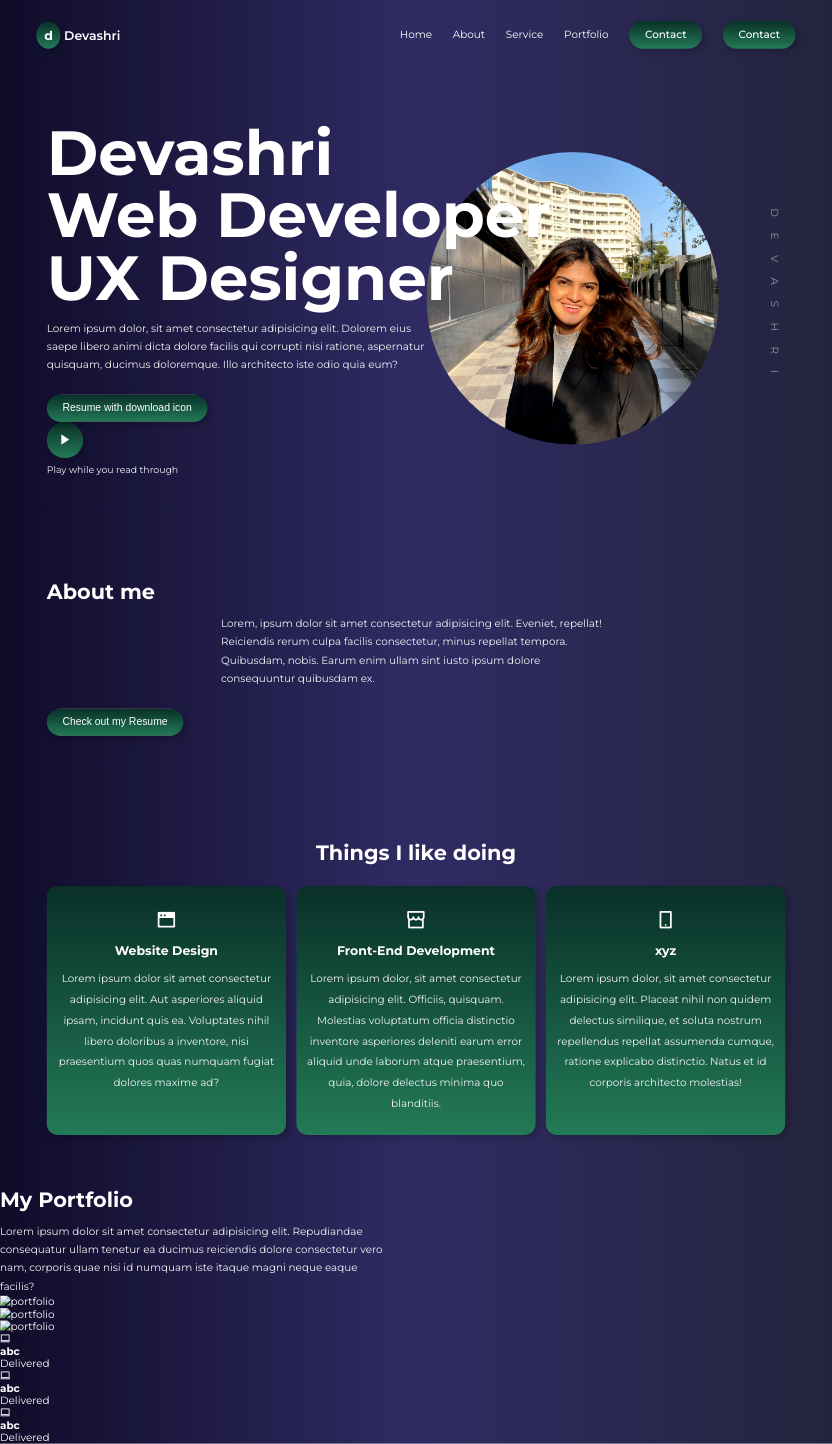
Repository: devashrisamani/devashrisamani.github.io
Page: index.html
These files come from the project's save history. The page is drawn as it stood at one moment and after the next save; the edit follows.
The browser window is 1280 px wide. The pictures show the whole page, at 65% of full size.

Above is the page before, as saved 2025-09-24 22:05:59.

### index.html
<!DOCTYPE html>
<html lang="en">
  <head>
    <meta charset="UTF-8" />
    <meta http-equiv="X-UA-Compatible" content="IE=edge" />
    <meta name="viewport" content="width=device-width, initial-scale=1.0" />
    <title>Dev's portfolio</title>
    <link rel="preconnect" href="https://fonts.googleapis.com" />
    <link rel="preconnect" href="https://fonts.gstatic.com" crossorigin />
    <link
      href="https://fonts.googleapis.com/css2?family=Inter:ital,opsz,wght@0,14..32,100..900;1,14..32,100..900&family=Lora:ital,wght@0,400..700;1,400..700&family=Montserrat:ital,wght@0,100..900;1,100..900&family=Sacramento&display=swap"
      rel="stylesheet"
    />
    <link
      href="https://cdn.jsdelivr.net/npm/remixicon@3.5.0/fonts/remixicon.css"
      rel="stylesheet"
    />
    <link rel="stylesheet" href="/css/styles.css" />
  </head>
  <body>
    <nav>
      <div class="nav__bar">
        <a href="#"><span class="logo nav__logo">d</span> Devashri</a>
        <div class="nav__menu__btn" id="menu-btn">
          <!-- Icons from remix icon -->
          <i class="ri-menu-3-line"></i>
        </div>
      </div>
      <ul class="nav__links" id="nav-links">
        <li><a href="#home">Home</a></li>
        <li><a href="#about">About</a></li>
        <li><a href="#service">Service</a></li>
        <li><a href="#portfolio">Portfolio</a></li>
        <li><a href="#contact" class="btn">Contact</a></li>
        <a href="#contact" class="btn btn__large">Contact</a>
      </ul>
    </nav>
    <header class="section__container header__container" id="home">
      <div class="header__image">
        <img src="images/DevashriSamani.jpg" alt="profile" />
      </div>
      <div class="header__content">
        <div>
          <h1>
            Devashri <br />
            Web Developer <br />
            UX Designer
          </h1>
        </div>
        <p class="section__description">
          Lorem ipsum dolor, sit amet consectetur adipisicing elit. Dolorem eius
          saepe libero animi dicta dolore facilis qui corrupti nisi ratione,
          aspernatur quisquam, ducimus doloremque. Illo architecto iste odio
          quia eum?
        </p>
        <div class="header__btn">
          <button class="btn">Resume with download icon</button>
        </div>
        <div class="header__btn">
          <!-- Play button with icon -->
          <button class="btn play-btn" id="play-btn">
            <i class="ri-play-fill"></i>
          </button>
          <!-- Audio element (hidden controls) -->
          <audio id="bg-music" loop>
            <source src="audio/Cosy Beats.mp3" type="audio/mpeg" />
            Your browser does not support the audio element.
          </audio>
        </div>
        <p class="play-text">Play while you read through</p>
      </div>
    </header>

    <section class="section__container about__container" id="about">
      <div class="about__image"></div>
      <div class="about__content">
        <h2 class="section__header">About me</h2>
        <p class="section__description">
          Lorem, ipsum dolor sit amet consectetur adipisicing elit. Eveniet,
          repellat! Reiciendis rerum culpa facilis consectetur, minus repellat
          tempora. Quibusdam, nobis. Earum enim ullam sint iusto ipsum dolore
          consequuntur quibusdam ex.
        </p>
        <div class="about__btn">
          <button class="btn">Check out my Resume</button>
        </div>
      </div>
    </section>

    <section class="section__container service__container" id="service">
      <h2 class="section__header">Things I like doing</h2>
      <div class="service__grid">
        <div class="service__card">
          <span><i class="ri-window-fill"></i></span>
          <h4>Website Design</h4>
          <p>
            Lorem ipsum dolor sit amet consectetur adipisicing elit. Aut
            asperiores aliquid ipsam, incidunt quis ea. Voluptates nihil libero
            doloribus a inventore, nisi praesentium quos quas numquam fugiat
            dolores maxime ad?
          </p>
        </div>
        <div class="service__card">
          <span><i class="ri-store-line"></i></span>
          <h4>Front-End Development</h4>
          <p>
            Lorem ipsum dolor, sit amet consectetur adipisicing elit. Officiis,
            quisquam. Molestias voluptatum officia distinctio inventore
            asperiores deleniti earum error aliquid unde laborum atque
            praesentium, quia, dolore delectus minima quo blanditiis.
          </p>
        </div>
        <div class="service__card">
          <span><i class="ri-smartphone-line"></i></span>
          <h4>xyz</h4>
          <p>
            Lorem ipsum dolor, sit amet consectetur adipisicing elit. Placeat
            nihil non quidem delectus similique, et soluta nostrum repellendus
            repellat assumenda cumque, ratione explicabo distinctio. Natus et id
            corporis architecto molestias!
          </p>
        </div>
      </div>
    </section>

    <!-- Portfolio Container -->
    <section class="seciton__container portfolio__container" id="portfolio">
      <h2 class="section__header">My Portfolio</h2>
      <p class="section__description">
        Lorem ipsum dolor sit amet consectetur adipisicing elit. Repudiandae
        consequatur ullam tenetur ea ducimus reiciendis dolore consectetur vero
        nam, corporis quae nisi id numquam iste itaque magni neque eaque
        facilis?
      </p>
      <div class="portfolio_grid">
        <div class="portfolio__card">
          <img src="#" alt="portfolio" />
        </div>
        <div class="portfolio__card">
          <img src="#" alt="portfolio" />
        </div>
        <div class="portfolio__card">
          <img src="#" alt="portfolio" />
        </div>
      </div>
      <div class="portfolio__banner">
        <div class="portfolio__banner__card">
          <span><i class="ri-macbook-line"></i></span>
          <h4>abc</h4>
          <p>Delivered</p>
        </div>
        <div class="portfolio__banner__card">
          <span><i class="ri-macbook-line"></i></span>
          <h4>abc</h4>
          <p>Delivered</p>
        </div>
        <div class="portfolio__banner__card">
          <span><i class="ri-macbook-line"></i></span>
          <h4>abc</h4>
          <p>Delivered</p>
        </div>
      </div>
    </section>
    <!-- Contact Section -->
  </body>
</html>

### css/styles.css
/* Font Variables */
:root {
  --font-sacramento: "Sacramento", cursive;
  --font-lora: "Lora", serif;
  --font-inter: "Inter", serif;
  --font-montserrat: "Montserrat", sans-serif;
}

/* Color Variables */

:root {
  --primary-color: #093028;
  --secondary-color: #237a57;
  --extra-light: #f3f4f6;
  --white: #ffffff;
  --gradient-1: linear-gradient(to right, #0f0c29, #302b63, #24243e);
  --gradient-2: linear-gradient(
    to bottom,
    var(--primary-color),
    var(--secondary-color)
  );
  --max-width: 1200px;
}

* {
  padding: 0;
  margin: 0;
  box-sizing: border-box;
}

html,
body {
  scroll-behavior: smooth;
}

body {
  font-family: "Montserrat", sans-serif;
  color: var(--white);
  background-image: var(--gradient-1);
}

.section__container {
  max-width: var(--max-width);
  margin: auto;
  padding: 5rem 2rem;
}

.section__header {
  margin-bottom: 1rem;
  font-size: 2rem;
  font-weight: 700;
  text-align: center;
}

.btn {
  padding: 0.75rem 1.5rem;
  font-size: 1rem;
  font-weight: 500;
  color: var(--white);
  background-image: var(--gradient-2);
  outline: none;
  border: none;
  border-radius: 5rem;
  cursor: pointer;
  box-shadow: 5px 5px 10px rgba(0, 0, 0, 0.2);
}

/* Navbar - Change the logo later */
.logo {
  display: inline-block;
  padding: 10px 14px;
  font-size: 1.5rem;
  font-weight: 700;
  color: var(--white);
  background-image: var(--gradient-2);
  border-radius: 100%;
  box-shadow: 5px 5px 10px rgba(0, 0, 0, 0.2);
}

nav {
  position: fixed;
  isolation: isolate;
  top: 0;
  width: 100%;
  max-width: var(--max-width);
  margin: auto;
  z-index: 9;
}

.nav__bar {
  padding: 1rem;
  display: flex;
  align-items: center;
  justify-content: space-between;
  gap: 2rem;
  background-image: var(--gradient-1);
}

.nav__logo {
  padding: 9px 12px;
  font-size: 1.2rem;
}

.nav__bar a {
  font-size: 1.2rem;
  font-weight: 600;
  color: var(--white);
}

.nav__menu__btn {
  font-size: 1.5rem;
  color: var(--white);
  cursor: pointer;
}

.nav__links {
  list-style: none;
  position: absolute;
  width: 100%;
  padding: 2rem;
  display: flex;
  flex-direction: column;
  align-items: center;
  gap: 2rem;
  background-image: var(--gradient-2);
  transform: translateY(-100%);
  transition: 0.5s;
  z-index: -1;
}

.nav__links.open {
  transform: translateY(0);
}

.nav__links a {
  color: var(--white);
  transition: 0.3s;
}

.nav__links a:hover {
  color: var(--white);
}

.btn__large {
  display: none;
}

/* Header Container */

.header__container {
  padding-top: 8rem;
  display: grid;
  gap: 2rem;
  isolation: isolate;
}

.header__content {
  text-align: center;
}

.header__content h1 {
  margin-bottom: 1rem;
  font-size: 3rem;
  text-align: center;
}
.header__content .section__description {
  margin-bottom: 2rem;
}
/* Header Image */

.header__image {
  position: relative;
  isolation: isolate;
  z-index: -1;
}

.header__image img {
  max-width: 450px;
  margin-inline: auto;
  border-radius: 25rem;
}

.header__image::after {
  position: absolute;
  content: "DEVASHRI";
  letter-spacing: 1.5rem;
  opacity: 0.5;
  right: 1rem;
  top: 50%;
  transform: translate(50%, -50%) rotate(90deg);
}

/* Play button */
.play-btn {
  display: flex;
  align-items: center;
  justify-content: center;
  padding: 0.75rem;
  border-radius: 50%;
  width: 3.5rem;
  height: 3.5rem;
  font-size: 1.5rem; /* bigger icon */
}

/* Play message */
.play-text {
  font-size: 0.9rem;
  color: var(--extra-light);
  margin-top: 0.5rem;
  text-align: center; /* mobile */
}

/* Desktop view adjustment */
@media (width > 768px) {
  .play-text {
    text-align: left;
  }
}

/* About */

img {
  width: 100%;
  display: flex;
}

.section__description {
  max-width: 600px;
  margin-inline: auto;
  color: var(--extra-light);
  text-align: center;
  line-height: 1.75rem;
}

a {
  text-decoration: none;
}

.about-container {
  display: grid;
  gap: 2rem;
}

.about__image {
  position: relative;
  isolation: isolate;
  max-width: 400px;
  margin: auto;
}

.about__img {
  border-radius: 100%;
}

.about__bg-1,
.about__bg-2 {
  position: absolute;
  max-width: 150px;
  z-index: -1;
}

.about__bg-1 {
  top: 0;
  left: 0;
}

.about__bg-2 {
  right: 0;
  bottom: 0;
}

.about__content {
  text-align: center;
}

.about__content .section__description {
  margin-bottom: 2rem;
}

/* Service Section */

.service__grid {
  margin-top: 2rem;
  display: grid;
  gap: 1rem;
}

.service__card {
  padding: 2rem 1rem;
  text-align: center;
  background-image: var(--gradient-2);
  border-radius: 1rem;
  box-shadow: 5px 5px 10px rgba(0, 0, 0, 0.2);
}

.service__card span {
  display: inline-block;
  margin-bottom: 1rem;
  font-size: 2rem;
}

.service__card h4 {
  margin-bottom: 1rem;
  font-size: 1.2rem;
  font-weight: 700;
}

.service__card p {
  color: var(--extra-light);
  line-height: 2rem;
}

/* Media Query for desktop view */

@media (width > 768px) {
  nav {
    padding: 2rem 1rem;
    position: static;
    display: flex;
    align-items: center;
    justify-content: space-between;
  }

  .nav__bar {
    padding: 0;
    background-image: none;
  }

  .nav__menu__btn {
    display: none;
  }

  .nav__links {
    padding: 0;
    width: unset;
    position: static;
    transform: none;
    flex-direction: row;
    background-image: none;
  }

  .nav__links a:hover {
    color: var(--secondary-color);
  }

  .nav__links li:last-child {
    display: none;
  }

  .btn__large {
    display: flex;
  }

  .header__container {
    padding-top: 5rem;
    grid-template-columns: repeat(4, 1fr);
    align-items: center;
  }

  .header__image {
    grid-area: 1/3/2/5;
  }

  .header__image img {
    margin-inline-start: unset;
  }

  .header__content {
    grid-area: 1/1/2/4;
    text-align: left;
  }

  .header__content h1 {
    font-size: 6rem;
    line-height: 6rem;
    text-align: left;
  }

  .header__content .section__description {
    text-align: left;
    margin-inline-start: unset;
  }

  .about__container {
    grid-template-columns: repeat(2, 1fr);
    align-items: center;
  }

  .about__content,
  .about__content :is(.section__header, .section__description) {
    text-align: left;
  }

  .service__grid {
    grid-template-columns: repeat(3, 1fr);
  }

  .portfolio__container :is(.section__header, .section__description) {
    text-align: left;
    margin-inline-start: unset;
  }

  .portfolio__grid {
    grid-template-columns: repeat(3, 1fr);
  }

  .portfolio__banner {
    grid-template-columns: repeat(3, 1fr);
  }
}

After the next save:
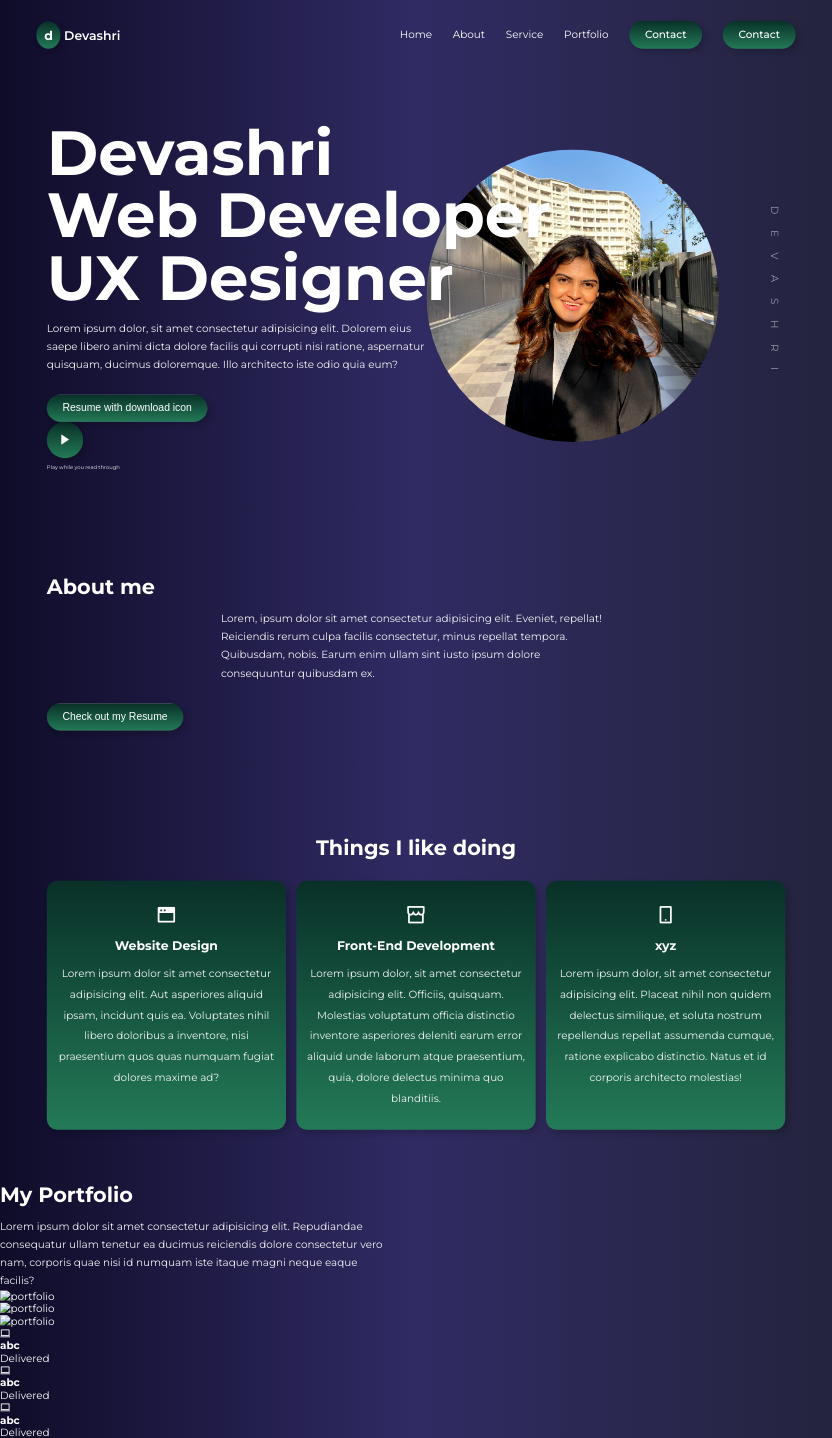
Saved 38 s later.
--- a/css/styles.css
+++ b/css/styles.css
@@ -191,6 +191,7 @@ nav {
 }
 
 /* Play button */
+
 .play-btn {
   display: flex;
   align-items: center;
@@ -199,12 +200,12 @@ nav {
   border-radius: 50%;
   width: 3.5rem;
   height: 3.5rem;
-  font-size: 1.5rem; /* bigger icon */
+  font-size: 1.5rem;
 }
 
 /* Play message */
 .play-text {
-  font-size: 0.9rem;
+  font-size: 0.5rem;
   color: var(--extra-light);
   margin-top: 0.5rem;
   text-align: center; /* mobile */
